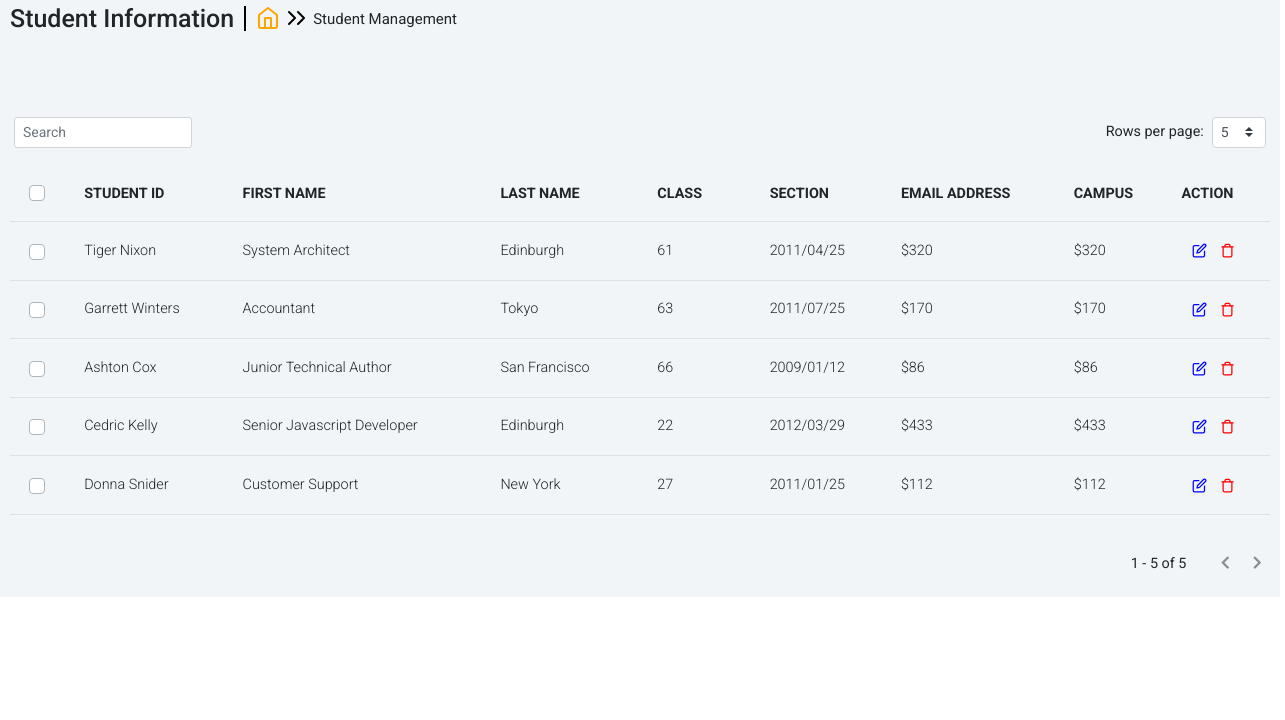
Repository: deepakrajput1998/hestabit_assignment
Page: /
The author's editor kept a copy of each file at every save. The page is drawn from the files as they stood at one save, then again after the next save.
The browser window is 1280 px wide. The page is 1285 px wide, so the pictures cover 1285 px, including what lies to the right of the window. The pictures show the whole page.
The project was rebuilt for these pictures with package versions that can differ from the ones it lists, and the page was loaded fresh each time.

Above is the page before, as saved 2021-07-25 05:30:31.

After the next save:
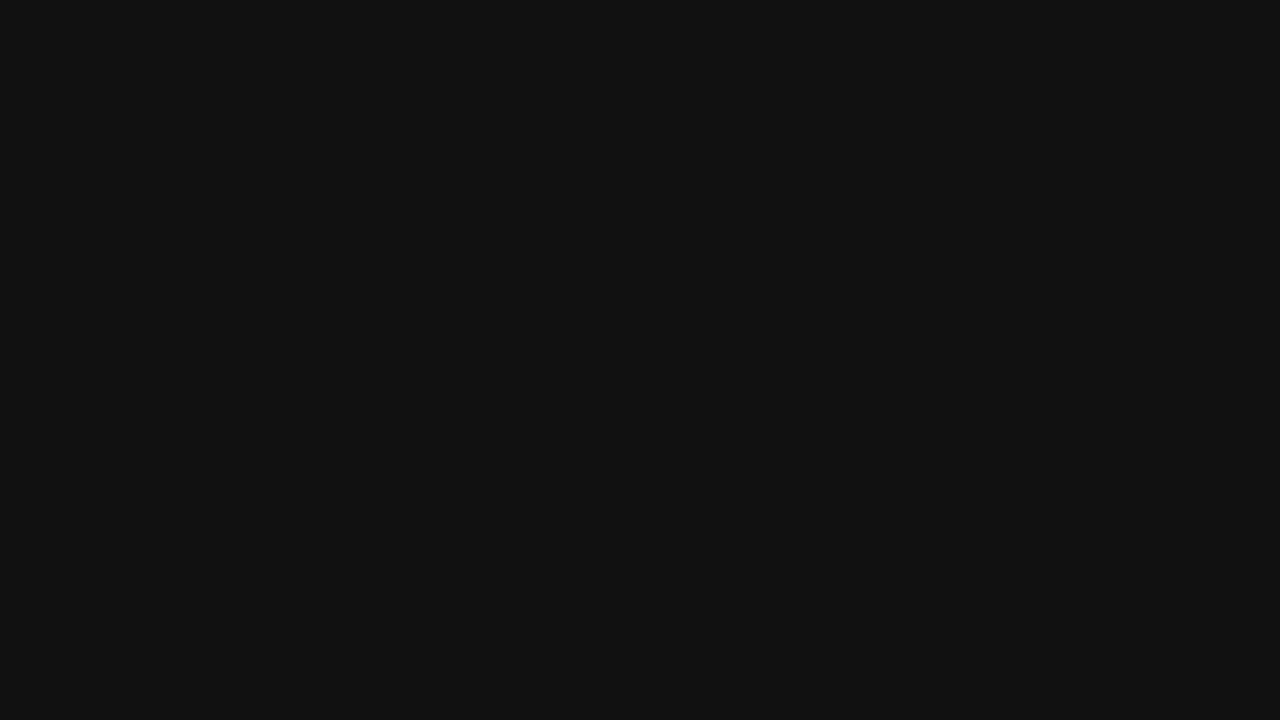
Saved 17 s later.
--- a/src/Component/Common/Backdrop/Backdrop.module.css
+++ b/src/Component/Common/Backdrop/Backdrop.module.css
@@ -5,6 +5,6 @@
   right: 0;
   bottom: 0;
   background-color: #111;
-  opacity: 0;
+  opacity: 1;
   z-index: 1;
 }
